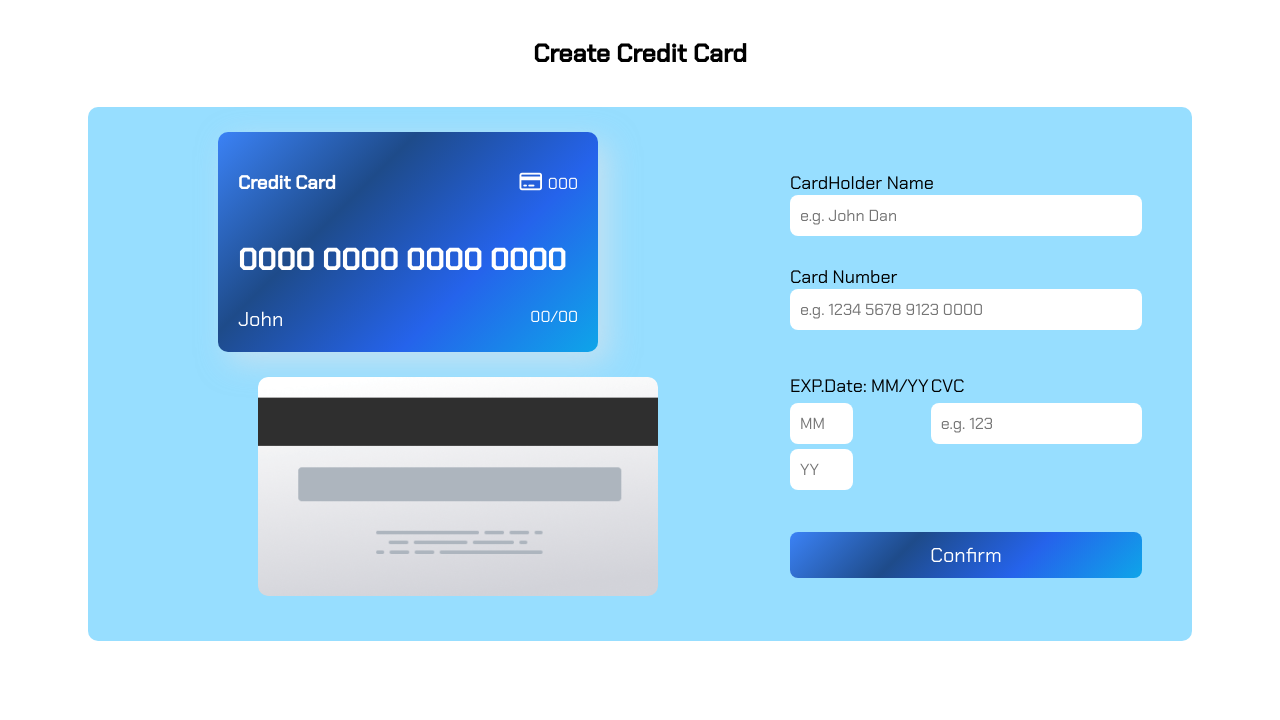
Repository: moehaymanmyint/Interactive-Card-Details-Form
Page: index.html
An editor plug-in stored every save of this project. The page is shown before and after the next save, followed by the edit.
The browser window is 1280 px wide. The pictures show the whole page.
Some web libraries are served in a nearby version.

Above is the page before, as saved 2024-10-18 22:43:28.

After the next save:
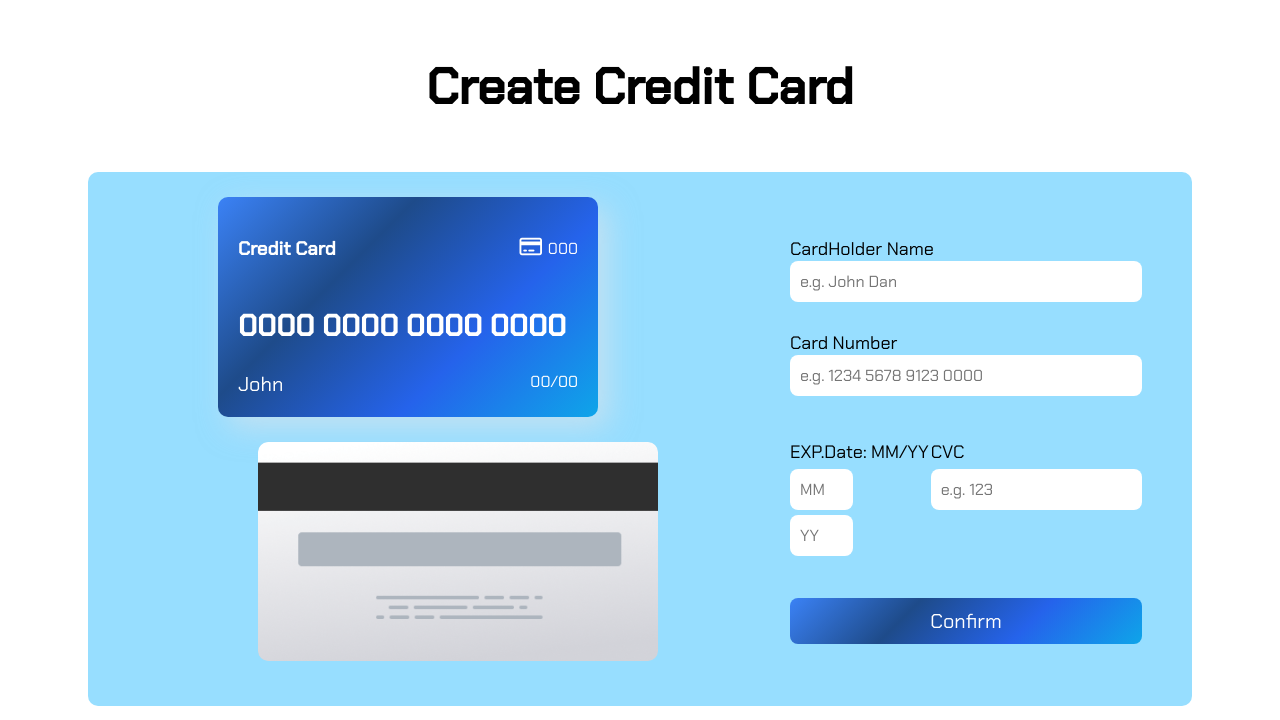
Saved 5 s later.
--- a/index.html
+++ b/index.html
@@ -8,7 +8,7 @@
     <link rel="stylesheet" href="https://cdnjs.cloudflare.com/ajax/libs/font-awesome/6.6.0/css/all.min.css" />
 </head>
 <body>
-    <h1 style="text-align: center; padding: 20px; font-size: 25px;">Create Credit Card</h1>
+    <h1 style="text-align: center; padding: 20px; font-size: 50px;">Create Credit Card</h1>
     <div class="container">
     <!-- Left Side -->
     <div class="left-container">
